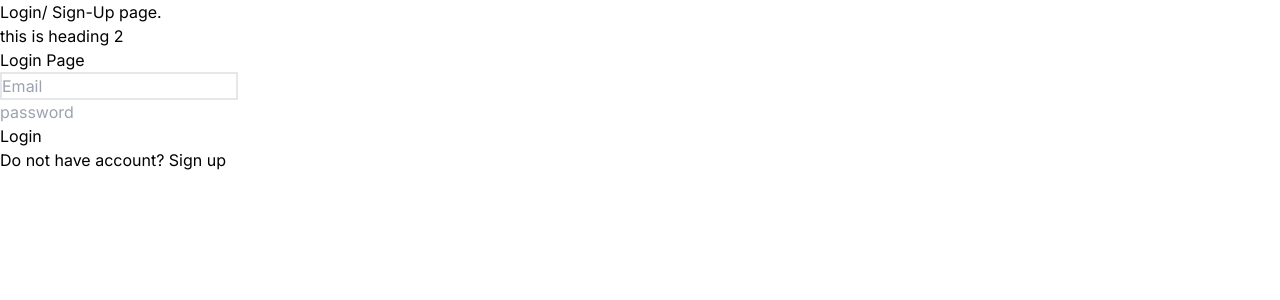
Repository: its-kundan/food-on-time
Page: /restaurant
These files come from the project's save history. The page is drawn as it stood at one moment and after the next save; the edit follows.
The browser window is 1280 px wide. The pictures show the whole page.
The project was rebuilt for these pictures with package versions that can differ from the ones it lists, and the page was loaded fresh each time. The framework's server and built-in components were replaced by stand-ins that run in the browser. Also part of the build but not shown: next.config.mjs, src/app/_components/SignUp.jsx.

Above is the page before, as saved 2024-07-24 19:43:10.

After the next save:
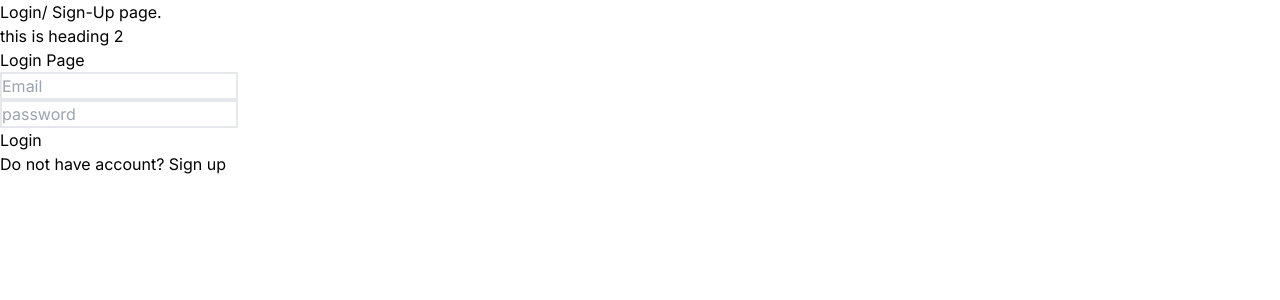
Saved 4 s later.
--- a/src/app/_components/Login.jsx
+++ b/src/app/_components/Login.jsx
@@ -6,7 +6,7 @@ function Login() {
         <h3> Login  Page</h3>
         <input className='border-2 ' type="email" placeholder="Email" />
         <br />
-        <input className='' type="password" placeholder="password" />
+        <input className='border-2' type="password" placeholder="password" />
         <br />
         <button>Login</button>
     </>
